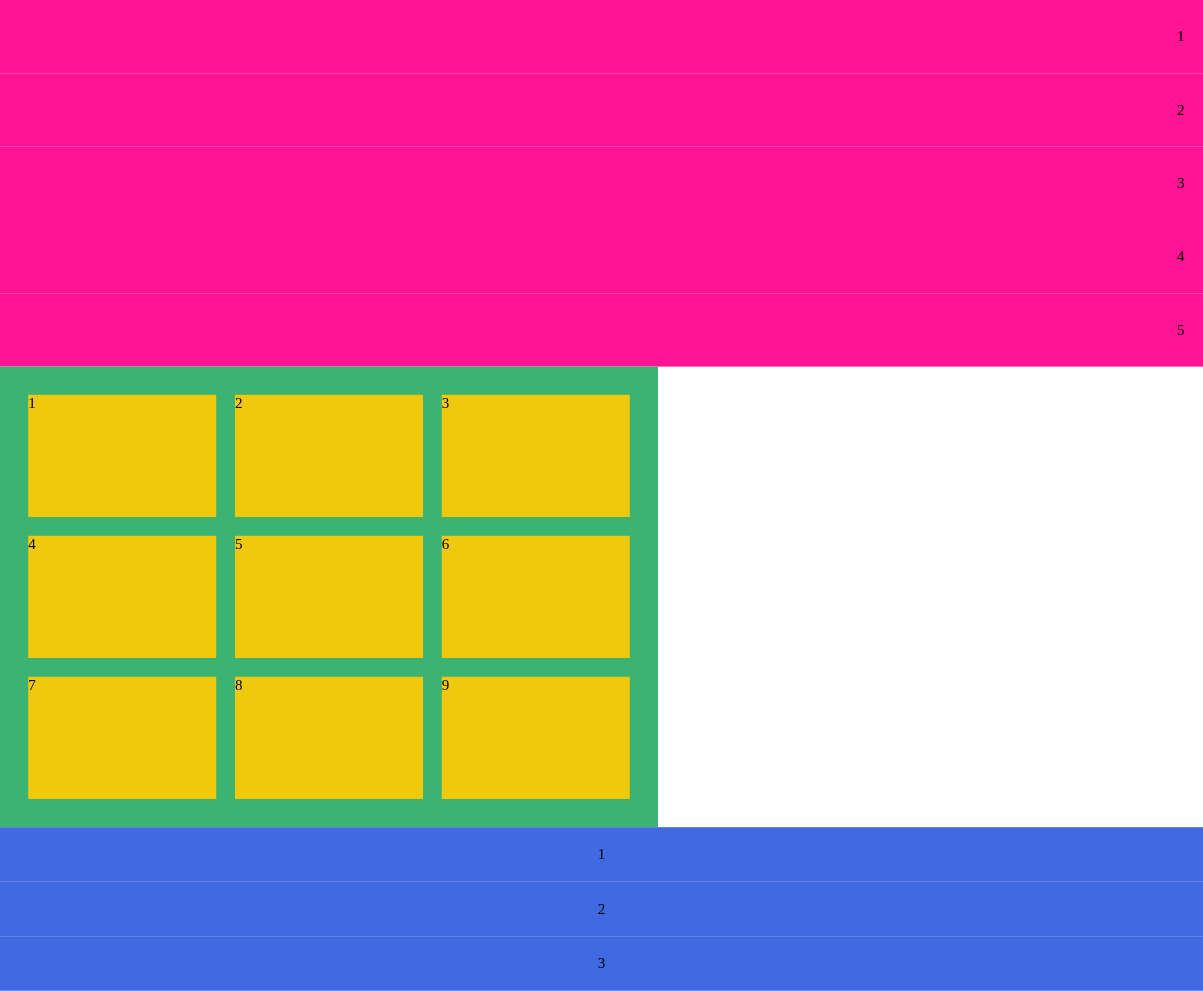
Repository: TsuKou/MainContents
Page: flex1/flex1.html
The author's editor kept a record of every edit. The page is drawn from the files as they stood at one moment, then again after the next edit.
The browser window is 1280 px wide. The pictures show the whole page, at 94% of full size.

Above is the page before.

### flex1/flex1.html
<!DOCTYPE>
<html lang="ja">

  <head>
    <meta charset="UTF-8" />
    <link rel="stylesheet" href="flex1.css" />
    <title>flex_ensyuu</title>
  </head>

  <body>

      <header>
        <div class="h-box-g">
          <div class="h-box">1</div>
          <div class="h-box">2</div>
          <div class="h-box">3</div>
          <div class="h-box">4</div>
          <div class="h-box">5</div>
        </div>
      </header>

      <main>
        <div class="main-L"></div>
        <div class="main-R">
          <div class="box">1</div>
          <div class="box">2</div>
          <div class="box">3</div>
          <div class="box">4</div>
          <div class="box">5</div>
          <div class="box">6</div>
          <div class="box">7</div>
          <div class="box">8</div>
          <div class="box">9</div>
        </div>
      </main>

      <footer>
        <div class="f-box-g">
          <div class="f-box">1</div>
          <div class="f-box">2</div>
          <div class="f-box">3</div>
        </div>
      </footer>

  </body>
</html>

### flex1/flex1.css
* {
  margin: 0;
  padding: 0;
  box-sizing: border-box;
}

.h-box {
  background-color: #ff1493;
  padding: 30px 20px;
  display: flex;
  justify-content: flex-end;
}

.h-box > div {
  background-color: #ffc0cb;
  flex-basis: 140px;
  height: 70px;
  margin: 0 10px;
}


.h-box > :first-child {
  margin-right: auto;
}


.main {
  display: flex;
  justify-content: center;
}

.main-L {
  width: 300px;
  background-color: #98fb98;
}

.main-R {
  background-color: #3cb371;
  max-width: 700px;
  padding: 20px;
  flex-grow: 1;
  display: flex;
  flex-wrap: wrap;
  justify-content: center;
}

.main-R > div {
  background-color: #f0c80c;
  flex-basis: 200px;
  height: 130px;
  margin: 10px;
}

.f-box {
  background-color: #4169e1;
  padding: 20px;
  display: flex;
  flex-wrap: wrap;
  justify-content: center;
}

.f-box > div {
  background-color: #afeeee;
  flex-basis: 45%;
  max-width: 600px;
  height: 40px;
  margin: 10px;
}

After the next edit:
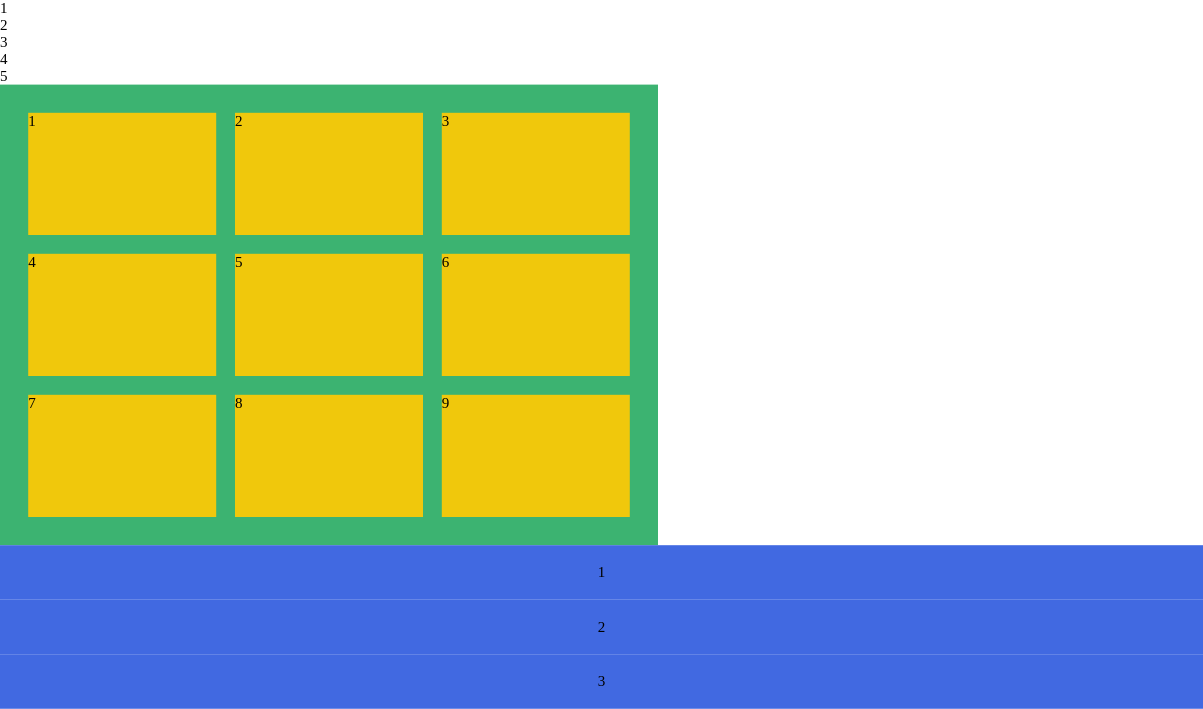
The edit:
--- a/flex1/flex1.css
+++ b/flex1/flex1.css
@@ -4,7 +4,7 @@
   box-sizing: border-box;
 }
 
-.h-box {
+.head-box {
   background-color: #ff1493;
   padding: 30px 20px;
   display: flex;
